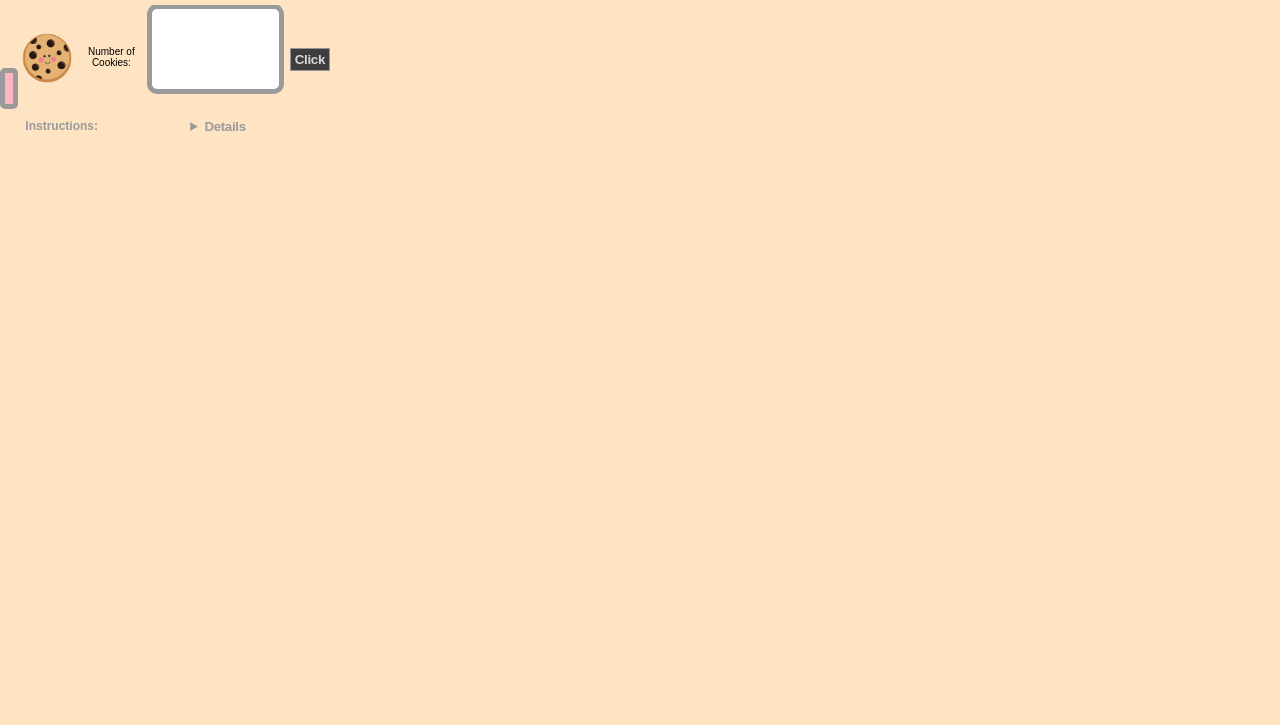
Repository: f00d4tehg0dz/elgato-streamdeck-cookie-clicker
Page: com.f00d4tehg0dz.cookieclicker.sdPlugin/cookieclicker.html
An editor plug-in stored every save of this project. The page is shown before and after a run of saves, followed by the edit.
The browser window is 1280 px wide. The pictures show the whole page.

Above is the page before, as saved 2022-01-28 12:02:11.

### com.f00d4tehg0dz.cookieclicker.sdPlugin/cookieclicker.html
<!DOCTYPE html>
<html>

<head>
    <meta charset="utf-8"/>
    <title>com.f00d4tehg0dz.cookieclicker</title>
    <link rel="stylesheet" href="css/sdpi.css">
    <link rel="stylesheet" href="css/styles.css">
    <script src="js/jquery-3.3.1.js"></script>
    <script src="js/common.js"></script>

</head>

<body>
<div class="sdpi-wrapper">
    <div class="sdpi-item">
        <div id="cookieTitle"></div>
        <div id="cookie" onclick="cookieClick()">
            <img src="icon-animate.gif" width="50px"/>
        </div>
        <br>
        <p>Number of Cookies:</p>
        <div id="cookieNumbers"></div>
        <button class="sdpi-item-value" id="updateButton">Click</button>
    </div>
    <div class="sdpi-item">
        <div class="sdpi-item-label">Instructions</div>
        <details class="sdpi-item-value">
            <p>Click the cookie to make more cookies<br>
            Cookie Title upgrades as you reach cookie clicker milestones <br></p>
            <p>You can learn more about this plugin by visiting its Github
                page by <a
                        href="#"
                        onclick="openGithub()">clicking here.</a>
        </details>
    </div>
</div>

<script>
    let uuid = "",
        actionName = "";

    if ($SD) {
        $SD.on('connected', function (jsonObj) {
            uuid = jsonObj['uuid'];
            if (jsonObj.hasOwnProperty('actionInfo')) {
                actionName = jsonObj.actionInfo.action;
            }
            let settings = $SD.actionInfo.payload.settings;
        });
    }

    $(document).ready(function () {

        $("#updateButton").click(function () {
            // Sending the saved settings to the plugin from property inspector.

            if ($SD && $SD.connection) {
                let payload = {};
                payload.updateClick = updateClick;

                $SD.api.sendToPlugin(uuid, actionName, payload);
            }
        });
        function openGithub() {
            $SD.api.openUrl($SD.actionInfo.context, "https://github.com/f00d4tehg0dz/Doge-Coin-Plugin-for-Eglato-Streamdeck")
    }
    });

</script>

</body>

</html>

### com.f00d4tehg0dz.cookieclicker.sdPlugin/css/styles.css
body {
  padding-top: 5px;
  font-family: Arial;
  background-color: bisque;
  margin: auto;
  text-align: center;
}

p {
  font-size: 10px;
  color: black;
  display: block;
  margin: 5px;
}

#cookieNumbers {
  margin: auto;
  text-align:center;
  padding-top: 20px;
  margin-bottom: 20px;
  font-size: 30px;
  border:5px solid;
  border-radius:10px;
  background-color:white;
  width:200px;
  height:60px;
}

#cookieTitle {
  margin: auto;
  text-align:center;
  padding-top: 5px;
  margin-bottom: 5px;
  font-size: 10px;
  border:5px solid;
  border-radius:5px;
  background-color:lightpink;
  height:25px;
}

Loaded but not shown: com.f00d4tehg0dz.cookieclicker.sdPlugin/js/jquery-3.3.1.js (library); com.f00d4tehg0dz.cookieclicker.sdPlugin/js/common.js (1200 lines, source omitted); com.f00d4tehg0dz.cookieclicker.sdPlugin/css/sdpi.css (1482 lines, source omitted)

After the next 2 saves:
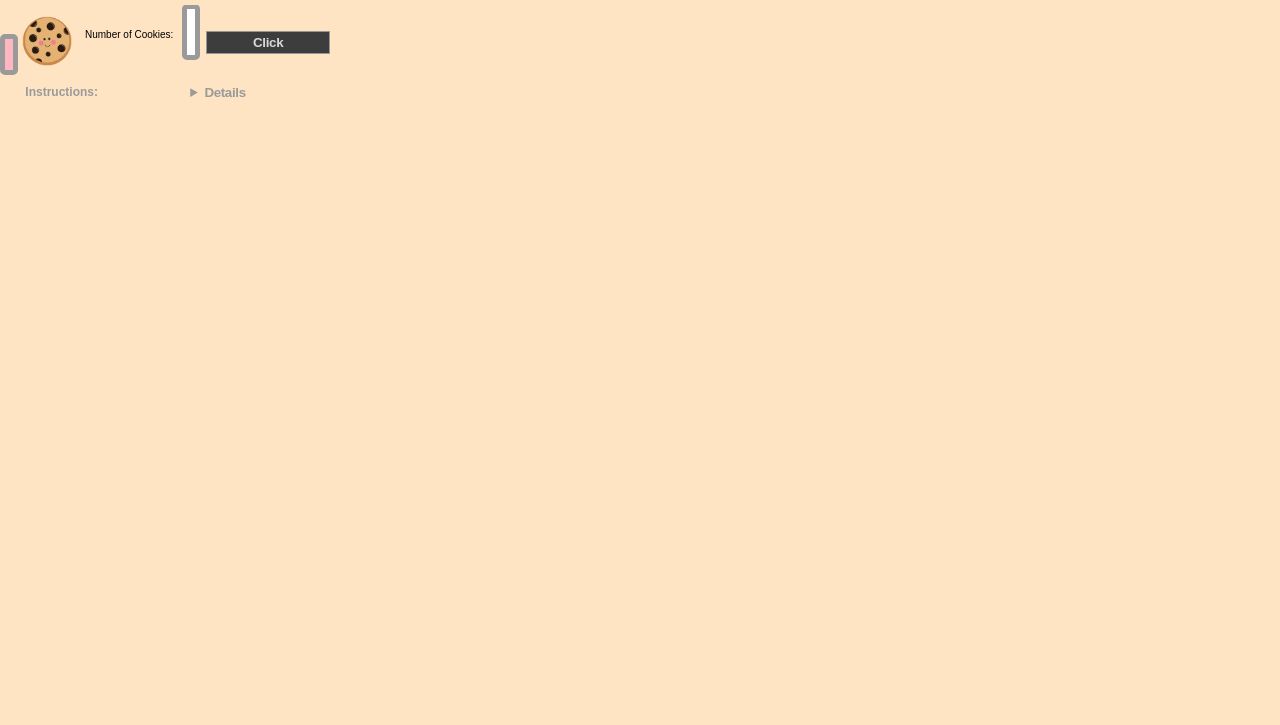
The 2 saves are shown as one change because they came seconds apart.
The last was saved 16 s later.
--- a/com.f00d4tehg0dz.cookieclicker.sdPlugin/css/styles.css
+++ b/com.f00d4tehg0dz.cookieclicker.sdPlugin/css/styles.css
@@ -18,12 +18,11 @@ p {
   text-align:center;
   padding-top: 20px;
   margin-bottom: 20px;
-  font-size: 30px;
+  font-size: 10px;
   border:5px solid;
-  border-radius:10px;
+  border-radius:5px;
   background-color:white;
-  width:200px;
-  height:60px;
+  height:25px;
 }
 
 #cookieTitle {
